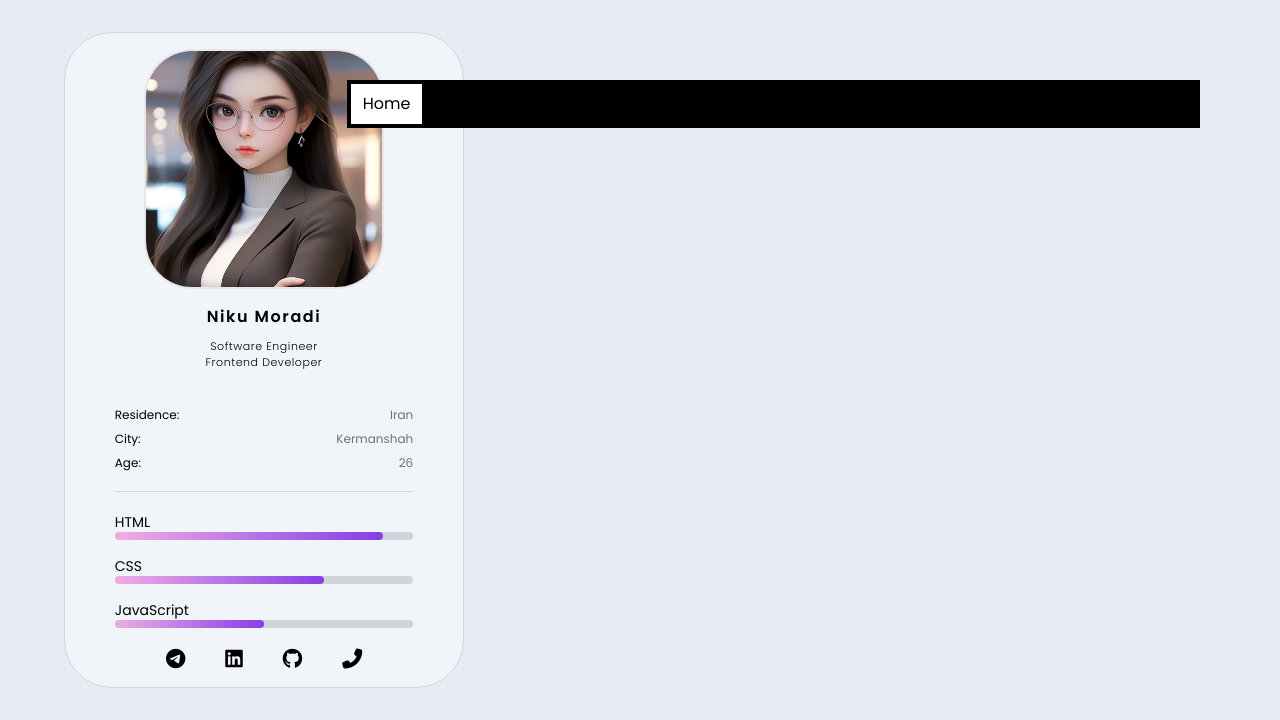
Repository: NikuMoradi/niku-moradi
Page: /
The author's editor kept a copy of each file at every save. The page is drawn from the files as they stood at one save, then again after the next save.
The browser window is 1280 px wide. The pictures show the whole page.
The project was rebuilt for these pictures with package versions that can differ from the ones it lists, and the page was loaded fresh each time. The framework's server and built-in components were replaced by stand-ins that run in the browser. Also part of the build but not shown: nuxt.config.ts, components/Blog Posts/Component-Design.vue, components/Blog.vue, components/Contact.vue, components/Education.vue, components/Experience.vue, components/Hero.vue, components/Menu.vue and 3 more.

Above is the page before, as saved 2024-11-30 20:16:59.

### assets/css/main.css
@tailwind base;
@tailwind components;
@tailwind utilities;
@layer base {
  body {
    background-color: #e6ebf4;
  }
}

@layer utilities {
  .bg-primary-gradient {
    background: linear-gradient(
      90deg,
      rgba(238, 174, 227, 1) 0%,
      rgb(133, 63, 230) 100%
    );
  }

  .text-primary-gradient {
    background: linear-gradient(
      90deg,
      rgba(238, 174, 227, 1) 0%,
      rgb(133, 63, 230) 100%
    );
  }
}

### components/LeftPanel.vue
<template>
  <div
    class="text-black w-[400px] flex flex-col items-center bg-slate-100 border border-gray-300 rounded-4xl"
    style="height: calc(100vh - 4rem)"
  >
    <!-- Header-->
    <div class="w-full py-4 flex flex-col items-center justify-center">
      <img
        src="../assets/img/photo_2024-11-28_10-37-05.jpg"
        alt="Profile Picture"
        class="w-60 h-60 mb-5 border-2 object-cover object-center rounded-4xl"
      />
      <h2
        class="text-[16px] font-semibold tracking-widest leading-[16.8px] mb-3"
      >
        Niku Moradi
      </h2>
      <p class="text-[11px] font-light tracking-wider leading-[16.5px]">
        Software Engineer
      </p>
      <p class="text-[11px] font-light tracking-wider leading-[16.5px]">
        Frontend Developer
      </p>
    </div>

    <!-- middle -->
    <div class="w-3/4 flex flex-col overflow-y-auto scrollbar-hide">
      <!-- table -->
      <div class="py-5 text-xs border-b border-gray-300 mb-5">
        <ul class="space-y-2">
          <li class="flex justify-between">
            <h6>Residence:</h6>
            <span class="text-gray-500">Iran</span>
          </li>
          <li class="flex justify-between">
            <h6>City:</h6>
            <span class="text-gray-500">Kermanshah</span>
          </li>
          <li class="flex justify-between">
            <h6>Age:</h6>
            <span class="text-gray-500">26</span>
          </li>
        </ul>
      </div>
      <!-- Skill Bars -->
      <div class="space-y-4 pb-5 border-b border-gray-300 mb-5">
        <div>
          <label class="block text-sm">HTML</label>
          <div class="w-full bg-gray-300 h-2 rounded-full">
            <div class="bg-primary-gradient h-2 rounded-full w-[90%]"></div>
          </div>
        </div>
        <div>
          <label class="block text-sm">CSS</label>
          <div class="w-full bg-gray-300 h-2 rounded-full">
            <div class="bg-primary-gradient h-2 rounded-full w-[70%]"></div>
          </div>
        </div>
        <div>
          <label class="block text-sm">JavaScript</label>
          <div class="w-full bg-gray-300 h-2 rounded-full">
            <div class="bg-primary-gradient h-2 rounded-full w-[50%]"></div>
          </div>
        </div>
        <div>
          <label class="block text-sm">Vue.js</label>
          <div class="w-full bg-gray-300 h-2 rounded-full">
            <div class="bg-primary-gradient h-2 rounded-full w-[50%]"></div>
          </div>
        </div>
        <div>
          <label class="block text-sm">Nuxt.js</label>
          <div class="w-full bg-gray-300 h-2 rounded-full">
            <div class="bg-primary-gradient h-2 rounded-full w-[40%]"></div>
          </div>
        </div>
        <div>
          <label class="block text-sm">Quasar</label>
          <div class="w-full bg-gray-300 h-2 rounded-full">
            <div class="bg-primary-gradient h-2 rounded-full w-[70%]"></div>
          </div>
        </div>
        <div>
          <label class="block text-sm">Tailwind</label>
          <div class="w-full bg-gray-300 h-2 rounded-full">
            <div class="bg-primary-gradient h-2 rounded-full w-[60%]"></div>
          </div>
        </div>
      </div>
      <!-- General Skills -->
      <ul
        class="text-gray-500 text-[11px] font-light tracking-wider space-y-2 mb-5"
      >
        <li class="flex items-center">
          <i class="fas fa-check fa-xs text-fuchsia-600 mr-2"></i>
          English Level B2
        </li>
        <li class="flex items-center">
          <i class="fas fa-check fa-xs text-fuchsia-600 mr-2"></i>
          Git Knowledge
        </li>
        <li class="flex items-center">
          <i class="fas fa-check fa-xs text-fuchsia-600 mr-2"></i>
          Design Patterns
        </li>
      </ul>
    </div>

    <!-- Social Links -->
    <div class="w-full py-4 text-center mt-auto">
      <div class="space-x-10">
        <a
          href="https://t.me/yourusername"
          target="_blank"
          class="hover:text-blue-400"
        >
          <i class="fab fa-telegram fa-lg"></i>
        </a>
        <a
          href="https://linkedin.com/in/yourusername"
          target="_blank"
          class="hover:text-blue-600"
        >
          <i class="fab fa-linkedin fa-lg"></i>
        </a>
        <a
          href="https://github.com/yourusername"
          target="_blank"
          class="hover:text-gray-700"
        >
          <i class="fab fa-github fa-lg"></i>
        </a>
        <a href="tel:+1234567890" class="hover:text-green-400">
          <i class="fas fa-phone-alt fa-lg"></i>
        </a>
      </div>
    </div>
  </div>
</template>

### components/Navbar.vue
<template>
  <div
    class="bg-black flex items-center justify-between px-1 py-1 space-x-7 fixed top-20 right-20 w-2/3"
  >
    <!-- About -->
    <div class="py-2 px-3 bg-white">
      <NuxtLink to="/about"> Home </NuxtLink>
    </div>

    <!-- Experience -->
    <NuxtLink to="/experience"> Experience </NuxtLink>

    <!-- Projects -->
    <NuxtLink to="/projects"> Projects </NuxtLink>

    <!-- Blog -->
  </div>
</template>

### layouts/default.vue
<template>
  <div class="w-6xl min-h-screen flex items-center px-16">
    <LeftPanel />
    <Navbar />
    <!-- Fixed Width Centered Card -->
    <!-- <div
      class="w-full max-w-5xl overflow-hidden z-10"
      style="height: calc(100vh)"
    > -->
    <!-- Scrollable Content -->
    <!-- <div class="overflow-y-auto h-full scrollbar-hide"> -->
    <NuxtPage />
    <!-- </div> -->
    <!-- </div> -->
  </div>
</template>

<style scoped></style>

### app.vue
<!-- The app.vue is just holding the layout container and serving as the root.
 The default.vue layout handles the overall structure of the page.
All content from your pages will automatically be placed inside the NuxtPage slot of the layout.-->
<template>
  <NuxtLayout />
</template>

### pages/index.vue
<template></template>

<style></style>

### tailwind.config.js
/** @type {import('tailwindcss').Config} */
export default {
  content: [
    "./components/**/*.{js,vue,ts}",
    "./layouts/**/*.vue",
    "./pages/**/*.vue",
    "./plugins/**/*.{js,ts}",
    "./app.vue",
    "./error.vue",
  ],
  theme: {
    extend: {
      fontFamily: {
        sans: ["Poppins", "sans-serif"],
      },
      borderRadius: {
        "4xl": "3rem", // Custom rounded size
      },
    },
  },
  plugins: [require("tailwind-scrollbar-hide")],
};

Loaded but not shown: plugins/aos.client.js (no copy from this time; the picture is the same without it)

After the next save:
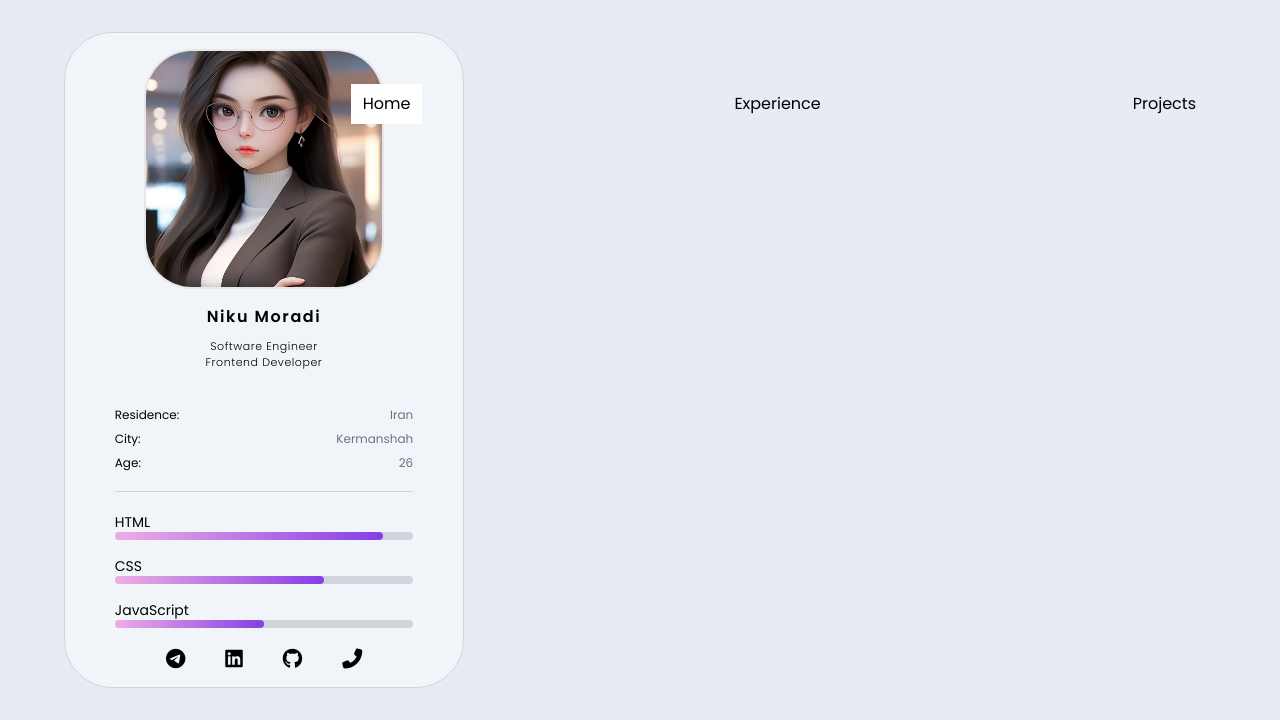
Saved 49 s later.
--- a/components/Navbar.vue
+++ b/components/Navbar.vue
@@ -1,6 +1,6 @@
 <template>
   <div
-    class="bg-black flex items-center justify-between px-1 py-1 space-x-7 fixed top-20 right-20 w-2/3"
+    class="flex items-center justify-between px-1 py-1 space-x-7 fixed top-20 right-20 w-2/3"
   >
     <!-- About -->
     <div class="py-2 px-3 bg-white">
